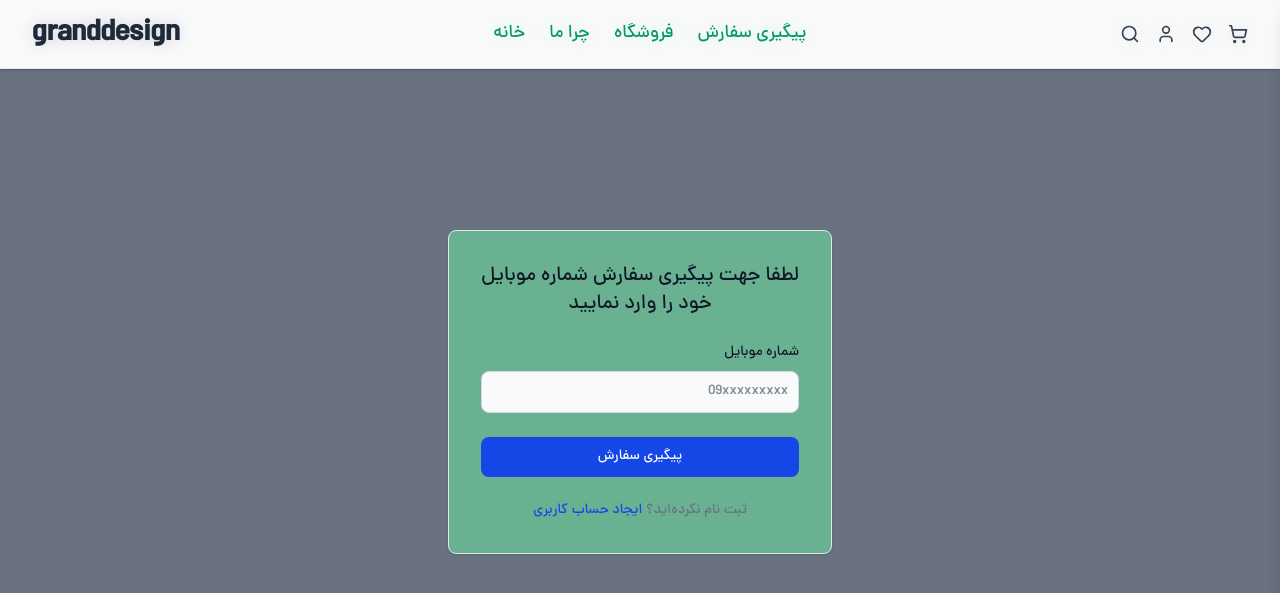
Repository: Aihan-2005/granddesign.frontend
Page: /productTracking
The author's editor kept a copy of each file at every save. The page is drawn from the files as they stood at one save, then again after a run of saves.
The browser window is 1280 px wide. The pictures show the whole page.
The project was rebuilt for these pictures with package versions that can differ from the ones it lists, and the page was loaded fresh each time. The framework's server and built-in components were replaced by stand-ins that run in the browser. Also part of the build but not shown: next.config.mjs, src/components/store/modal/Search.jsx, src/zustand/useAuthStore.jsx, src/components/store/modal/Login.jsx, src/components/store/modal/CartModal.jsx, src/components/store/modal/FavoritesModal.jsx.

Above is the page before, as saved 2025-09-16 01:45:04.

After the next 3 saves:
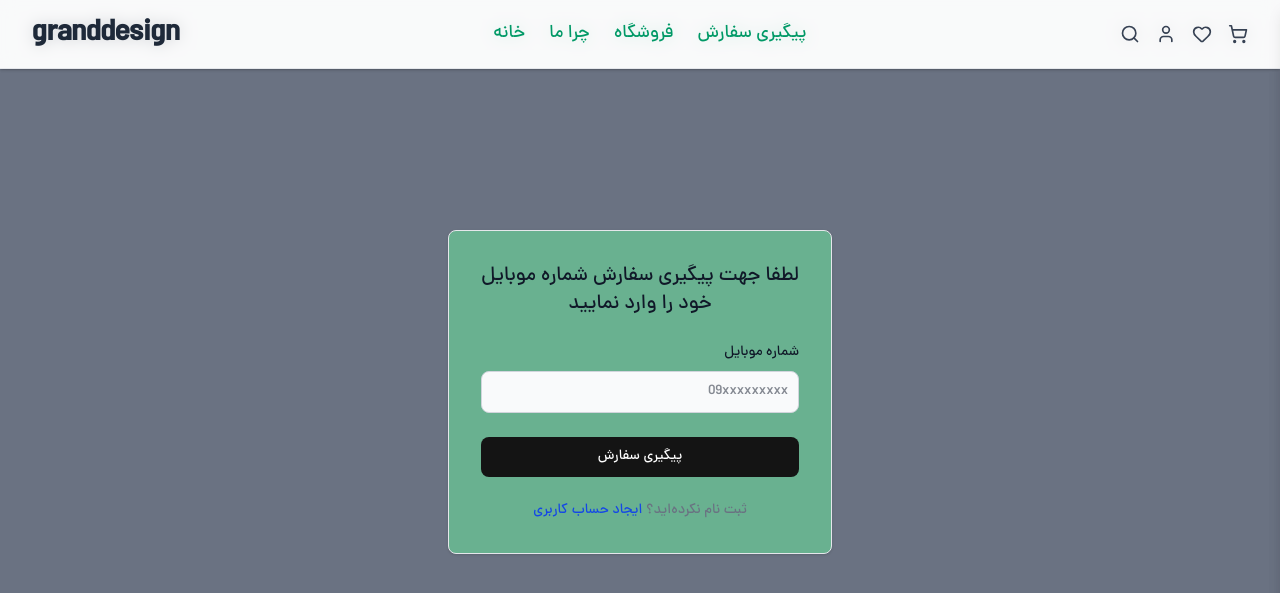
The 3 saves are shown as one change because they came seconds apart.
The last was saved 88 s later.
--- a/src/app/(fullpage)/productTracking/page.jsx
+++ b/src/app/(fullpage)/productTracking/page.jsx
@@ -27,7 +27,7 @@ export default function ProductTracking() {
 
                         <button
                             type="submit"
-                            className="w-full text-white bg-blue-700 hover:bg-blue-800 focus:ring-4 focus:outline-none focus:ring-blue-300 font-medium rounded-lg text-sm px-5 py-2.5 text-center dark:bg-blue-600 dark:hover:bg-blue-700 dark:focus:ring-blue-800"
+                            className="w-full text-white bg-[#141414] hover:bg-blue-800 focus:ring-4 focus:outline-none focus:ring-blue-300 font-medium rounded-lg text-sm px-5 py-2.5 text-center dark:bg-blue-600 dark:hover:bg-blue-700 dark:focus:ring-blue-800"
                         >
                             پیگیری سفارش
                         </button>
